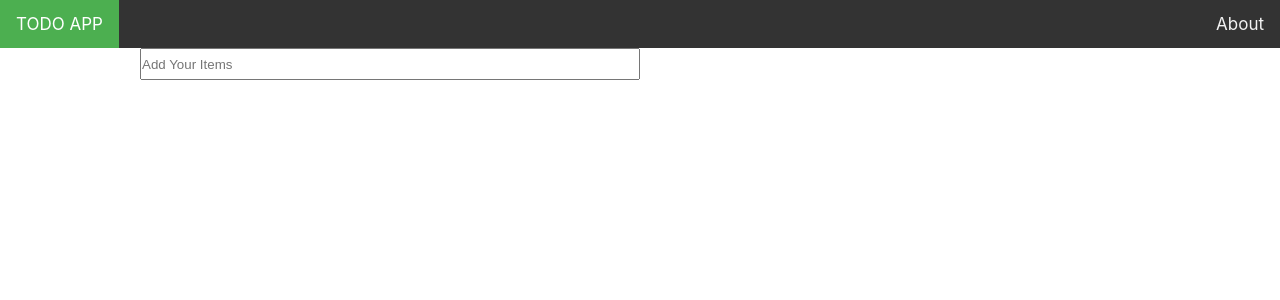
Repository: hoangphuong965/myTodoList
Page: /
The author's editor kept a copy of each file at every save. The page is drawn from the files as they stood at one save, then again after the next save.
The browser window is 1280 px wide. The pictures show the whole page.
The project was rebuilt for these pictures with package versions that can differ from the ones it lists, and the page was loaded fresh each time.

Above is the page before, as saved 2020-06-01 09:36:45.

After the next save:
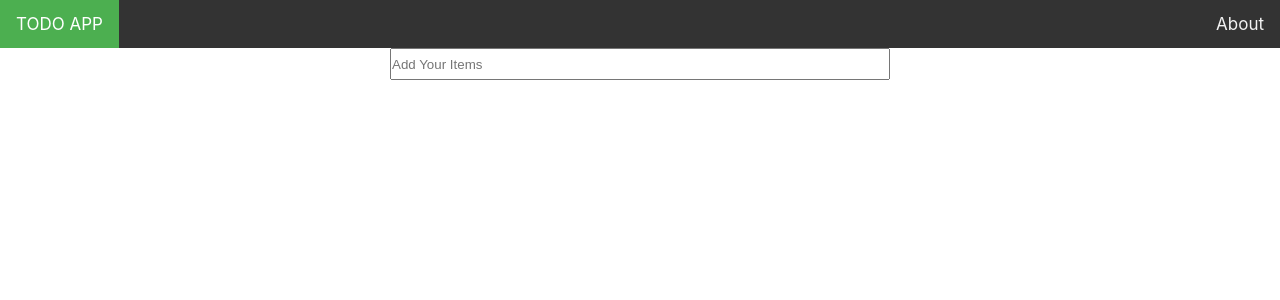
Saved 12 s later.
--- a/src/components/todo.css
+++ b/src/components/todo.css
@@ -6,7 +6,7 @@
 
 .container{
     margin: 0 auto;
-    width: 1000px;
+    width: 500px;
 }
 
 .input{
